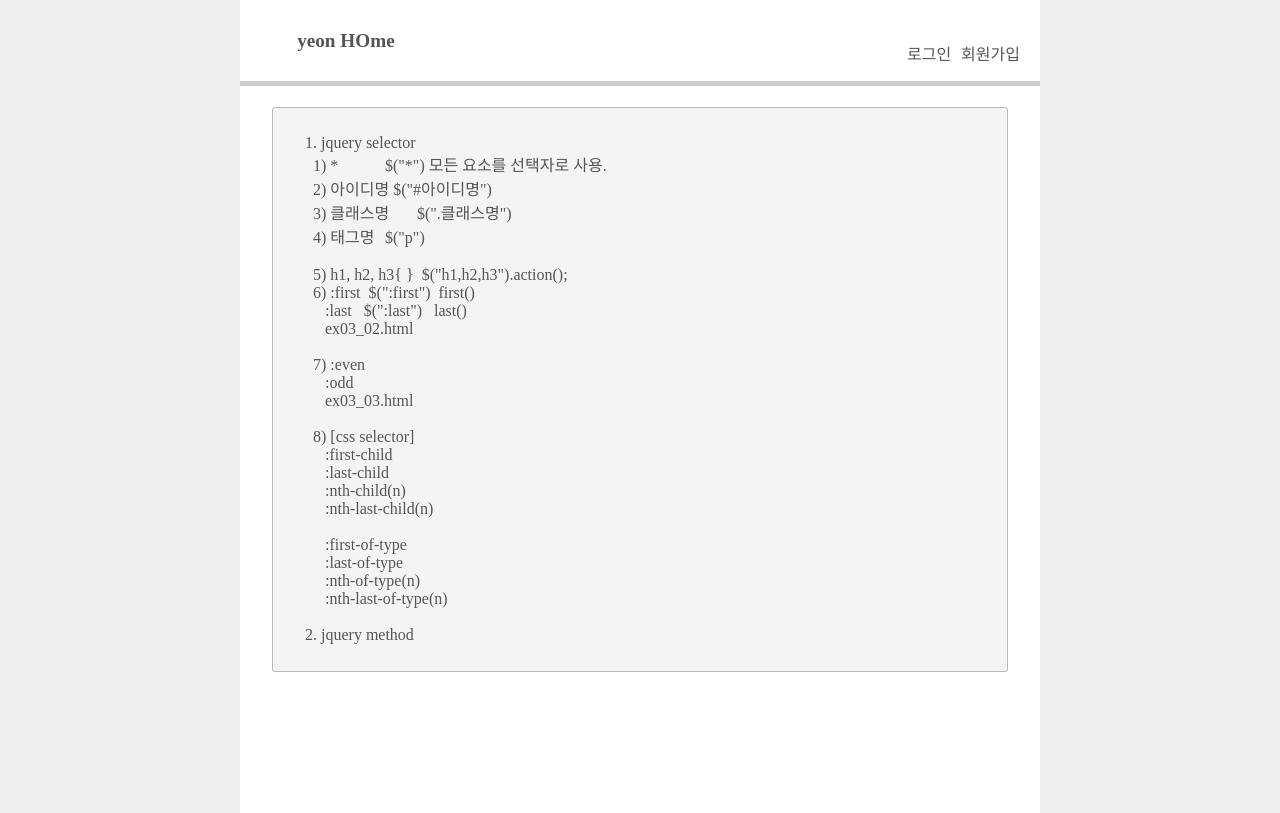
Repository: yeonhwa323/webPro
Page: webPro/src/main/webapp/jquery/days09/ex03.html
An editor plug-in stored every save of this project. The page is shown before and after the next save, followed by the edit.
The browser window is 1280 px wide. The pictures show the whole page.
Some web fonts or font styles are not loaded; a fallback is used.

Above is the page before, as saved 2024-04-17 02:17:44.

After the next save:
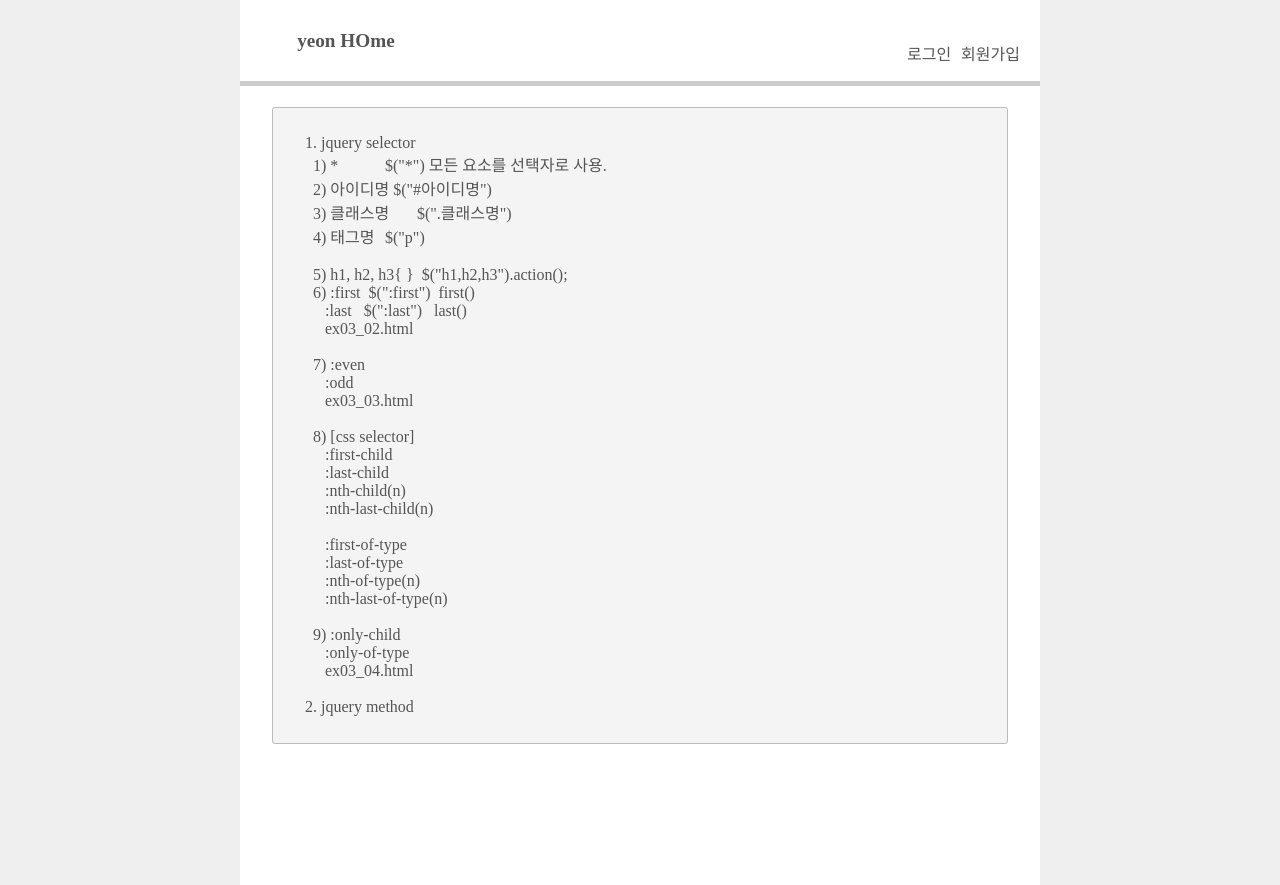
Saved 2 s later.
--- a/webPro/src/main/webapp/jquery/days09/ex03.html
+++ b/webPro/src/main/webapp/jquery/days09/ex03.html
@@ -50,6 +50,10 @@
          :nth-of-type(n)
          :nth-last-of-type(n)
 
+      9) :only-child
+         :only-of-type
+         ex03_04.html
+
     2. jquery method
   </xmp>
 </div>
